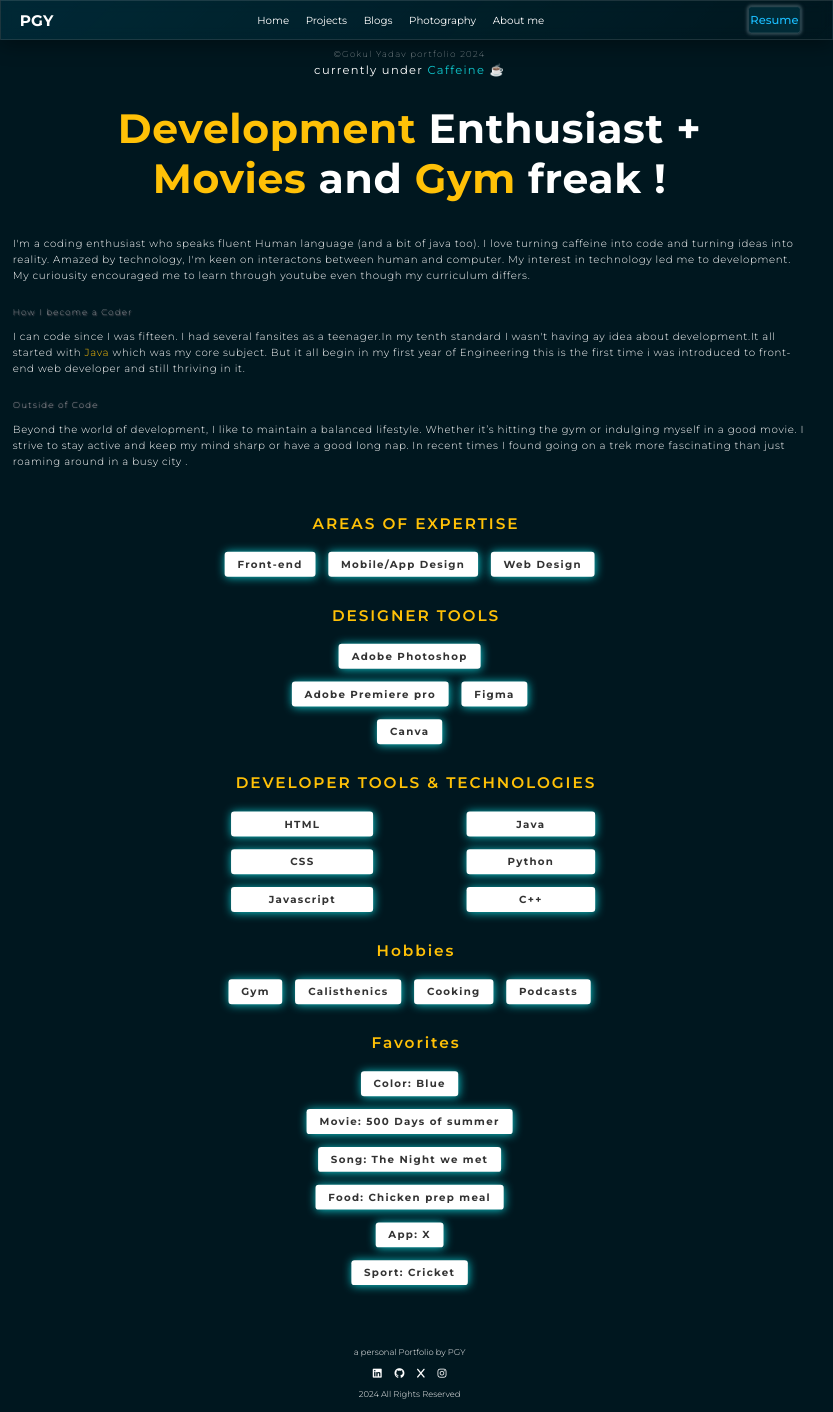
Repository: pgyunknown/pgyunknown
Page: aboutme.html
The author's editor kept a copy of each file at every save. The page is drawn from the files as they stood at one save, then again after a run of saves.
The browser window is 1280 px wide. The page is 1302 px wide, so the pictures cover 1302 px, including what lies to the right of the window. The pictures show the whole page, at 64% of full size.
Some web libraries are served in a nearby version.

Above is the page before, as saved 2024-08-25 14:52:36.

### aboutme.html
<!DOCTYPE html>
<html lang="en">
<head>
    <meta charset="UTF-8">
    <meta name="viewport" content="width=device-width, initial-scale=1.0">
    <title>Personal portfolio</title>
    <link rel="stylesheet" href="aboutme.css">
    <link rel="preconnect" href="https://fonts.googleapis.com">
<link rel="preconnect" href="https://fonts.gstatic.com" crossorigin>
<link href="https://fonts.googleapis.com/css2?family=Libre+Baskerville:ital,wght@0,400;0,700;1,400&family=Montserrat:ital,wght@0,100..900;1,100..900&family=Titillium+Web:ital,wght@0,200;0,300;0,400;0,600;0,700;0,900;1,200;1,300;1,400;1,600;1,700&display=swap" rel="stylesheet">
<link rel="stylesheet" href="https://cdnjs.cloudflare.com/ajax/libs/font-awesome/6.6.0/css/all.min.css" integrity="sha512-Kc323vGBEqzTmouAECnVceyQqyqdsSiqLQISBL29aUW4U/M7pSPA/gEUZQqv1cwx4OnYxTxve5UMg5GT6L4JJg==" crossorigin="anonymous" referrerpolicy="no-referrer" />
</head>
<body>

    <header class="h">
        <div class="pgy_con">
                <div class="pgy"><a href="#">PGY</a></div>
        </div>
        <nav>
                <div class="nav_bar">
                <a href="index.html" id="home">Home</a>
                <a href="project.html"id="projects">Projects</a>
                <a href="blog.html"id="blogs">Blogs</a>
                <a href="photography.html"id="photo">Photography</a>
                <a href="aboutme.html"id="About">About me</a>
                </div>
            </nav>
        <div class="resume_con">
                <button onclick="alert('Resume yet to be uploaded')">Resume</button>
        </div>
    </header>

    <main>
        <div class="caption">
        <div class="caption1"><p><span>&#169;</span>Gokul Yadav portfolio 2024</p></div>
        <div class="caption2"><p>currently under <span>Caffeine</span> &#9749</p></div>
    </div>

    <div class="about">
        <div class="about1"><h1><span>Development</span> Enthusiast +</h1></div>
        <div class="about2"><h1><span>Movies</span> and <span>Gym</span> freak !</h1></div>
    </div>

    <div class="aboutme">
        <p>I'm a coding enthusiast who speaks fluent Human language (and a bit of java too). I love turning caffeine into code and turning ideas into reality. Amazed by technology, I'm keen on interactons between human and computer. My interest in technology led me to development. My curiousity encouraged me to learn through youtube even though my curriculum differs.</p><br><br>
        <h5>How I become a Coder</h5><br>
        <p>I can code since I was fifteen. I had several fansites as a teenager.In my tenth standard I wasn't having ay idea about development.It all started with <span>Java</span> which was my core subject. But it all begin  in my first year of Engineering this is the first time i was introduced to front-end web developer and still thriving in it.</p><br><br>
        <h5>Outside of Code</h5><br>
        <p>Beyond the world of development, I like to maintain a balanced lifestyle. Whether it’s hitting the gym or indulging myself in a good movie. I strive to stay active and keep my mind sharp or have a good long nap. In recent times I found going on a trek more fascinating than just roaming around in a  busy city .</p>

    </div>

    <div class="container">
        <div class="heading">
            <h1>AREAS OF EXPERTISE</h1>
        </div>
        <div class="areas">
            <ul>
                <li>Front-end</li>
                <li>Mobile/App Design</li>
                <li>Web Design</li>
            </ul>
        </div><br><br>
        <div class="heading">
            <h1>DESIGNER TOOLS</h1>
        </div>
        <div class="tools">
            <div class="column">
                <ul>
                    <li>Adobe Photoshop</li>
                    <li>Adobe Premiere pro</li>
                    <li>Figma</li>
                    <li>Canva</li>
                </ul>
            </div>
            <!-- <div class="column">
                <ul>
                    <li>Adobe Illustrator</li>
                    <li>Adobe InDesign</li>
                    <li>FigJam</li>
                    <li>Zeplin</li>
                    <li>SketchUp</li>
                </ul>
            </div> -->
        </div><br><br>
        <div class="heading">
            <h1>DEVELOPER TOOLS & TECHNOLOGIES</h1>
        </div>
        <div class="technologies">
            <div class="column">
                <ul>
                    <li>HTML</li>
                    <li>CSS</li>
                    <li>Javascript</li>
                </ul>
            </div>
            <div class="column">
                <ul>
                    <li>Java</li>
                    <li>Python</li>
                    <li>C++</li>
                </ul>
            </div>
        </div><br><br>

                <div class="heading">
            <h1>Hobbies</h1>
        </div>
        <div class="areas">
            <ul>
                    <li>Gym</li>
                    <li>Calisthenics</li>
                    <li>Cooking</li>
                    <li>Podcasts</li>
            </ul>
        </div><br><br>

        <div class="heading">
            <h1>Favorites</h1>
        </div>
        <div class="fav">
            <ul>
                    <li>Color: Blue</li>
                    <li>Movie: 500 Days of summer</li>
                    <li>Song: The Night we met</li>
                    <li>Food: Chicken prep meal</li>
                    <li>App: X</li>
                    <li>Sport: Cricket</li>
            </ul>
        </div><br><br>
    </main>

    <footer>
        <div class="footer_port">a personal Portfolio by PGY</div>
        <div class="footer_icons">
            <a href="https://www.linkedin.com/in/p-gokul-yadav-82548a295?utm_source=share&utm_campaign=share_via&utm_content=profile&utm_medium=android_app" alt="Gokul's linkedin profile" target="_blank"><i class="fa-brands fa-linkedin"></i></a>
            <a href="https://github.com/pgyunknown" alt="Gokul Github profile" target="_blank" alt="Gokul's Github profile" ><i class="fa-brands fa-github"></i></a>
            <a href=" https://x.com/cody_hunk?t=EkARfGCWhhBT_BHbby4DGw&s=08 " target="_blank" alt="Gokul's X profile" ><i class="fa-brands fa-x" ></i></a>
            <a href="#" target="_blank" alt="Gokul's fa-instagram profile" ><i class="fa-brands fa-instagram" ></i></a>
        </div>
        <div class="copyrights">2024 All Rights Reserved</div>
    </footer>

### aboutme.css
*{margin: 0px;
    padding: 0px;
}
body{
    background-color: #00171F;
    color: white;
    box-sizing: border-box;


}
a{
    text-decoration: none;
    color: inherit;
}

header{
    display: flex;
    justify-content: space-between;
    align-items: center;
    padding: 10px;
    /* Glassy effect */
    background: linear-gradient(135deg, rgba(0, 200, 255, 0.1), rgba(255, 255, 255, 0));
    backdrop-filter: blur(10px);
    -webkit-backdrop-filter: blur(10px);
    border:1px solid rgba(255, 255, 255, 0.18);
    box-shadow: 0 8px 32px 0 rgba(0, 0, 0, 0.37);
    overflow: hidden;
    position: sticky; /* Set the navbar to fixed position */
    top: 0; /* Position the navbar at the top of the page */
    height: 40px;
    width: 100%;
}

.pgy_con
{
    margin-left: 20px;
    font-family: "Montserrat", sans-serif;
    font-optical-sizing: auto;
    font-size: x-large;
    font-weight: 700;
    font-style: normal;
    align-items: end;

}

.pgy_con .pgy a{
    text-decoration: none;
}
.nav_bar {
        /* height: 50px; */
    width: 500px;
    display: flex;
    justify-content: space-evenly;
    transition-property: all;
    transition-timing-function: ease-in-out;
    transition-delay: 1s;
}

.nav_bar a{
    box-sizing: border-box;
    font-family: "Montserrat", sans-serif;
    font-optical-sizing: auto;
    font-weight: 400;
    font-style: normal;
    text-decoration: none;
    justify-content: space-around;
    align-items: center;
    padding-top:10px;
    padding-bottom :10px;
    /* padding-right:10px ;
    padding-left:10px ; */
}

.nav_bar a:hover{
    color: #FFC107;
    text-shadow: #FFC107 0px 0px  1px;
    border-bottom: 0.5px solid #FFC107;


}


.resume_con {
    display: flex;
    justify-content: center;
    margin-right: 20px;
    background-color: #00171F;
    margin-right: 40px;
}
.resume_con button{
    background-color:rgba(0, 200, 255, 0.1);
    box-sizing: content-box;
    height: 2.5rem;
    width: 5rem;
    font-family: "Montserrat", sans-serif;
    font-optical-sizing: auto;
    font-size: large;
    font-weight: 500;
    font-style: normal;
    color: #1ABEFF;
    border: 0.0001px solid #3c555f;
    border-radius: 0.3rem;
    box-shadow: 0px 0px 5px 2px #3c555f;

}

main{
    height: 100%;
    width: 100%;
    position: relative;
}
main .caption{
    line-height: 25px;
    letter-spacing: 2px;
    display: flex;
    flex-direction:column;
    justify-content: top;
    align-items: center;
    margin: 10px;
    padding-bottom: 30px;
    /* color: #1ABEFF;
    border: 0.0001px solid #3c555f;
    border-radius: 0.3rem;
    box-shadow: 0px 0px 5px 2px #3c555f; */

}

main .caption .caption1{
    font-family: "Montserrat", sans-serif;
    font-optical-sizing: auto;
    font-size: smaller;
    font-weight: 100;
    font-style: normal;
}

main .caption .caption2{
    font-family: "Montserrat", sans-serif;
    font-optical-sizing: auto;
    font-size: large;
    font-weight: 400;
    font-style: normal;
}

main .caption .caption2 span{
    color: #0ecad0;
}

main .about{
    display: flex;
    flex-direction:column;
    justify-content: top;
    align-items: center;
    margin: 10px;
    padding-bottom: 30px;
    letter-spacing: 1px;

    font-family: "Montserrat", sans-serif;
    font-optical-sizing: auto;
    font-size: xx-large;
    font-weight: 400;
    font-style: normal;
}

main .aboutme{
    margin: 20px;
}
main .about span{
    color: #FFC107;
}

main .aboutme h5{
    font-family: "Montserrat", sans-serif;
    font-optical-sizing: auto;
    font-size: light;
    font-weight: 100;
    font-style: normal;
    letter-spacing: 2px;
    text-shadow: 1px 1px 2px pink;
}
main .aboutme p{
    letter-spacing: 1px;
    line-height: 25px;

    font-family: "Montserrat", sans-serif;
    font-optical-sizing: auto;
    font-size: normal;
    font-weight: 300;
    font-style: normal;
}

main .aboutme span{
    color: #FFC107;
}

.container {
    width: 80%;
    margin: 0 auto;
    padding: 50px 0;
    text-align: center;
}
.heading {
    margin-bottom: 20px;
}
.heading h1 {
    letter-spacing: 3px;
    color: #FFC107;
    font-size: 24px;
    margin-left: 20px;
    font-family: "Montserrat", sans-serif;
    font-optical-sizing: auto;
    font-size: x-large;
    font-weight: 600;
    font-style: normal;
    align-items: end;

}
.areas ul,
.tools ul,
.technologies ul {
    list-style: none;
    padding: 0;
    margin: 0;
    display: flex;
    flex-direction: row;
    flex-wrap: wrap;
    justify-content: center;
    letter-spacing: 2px;

        /* font-size: 24px;
    margin-left: 20px; */
    font-family: "Montserrat", sans-serif;
    font-optical-sizing: auto;
    font-size: normal;
    font-weight: 700;
    font-style: bold;
}
.areas li,
.tools li,
.technologies li {
    background-color: #fff;
    padding: 10px 20px;
    margin: 10px;
    border-radius: 5px;
    color: #333;
    box-shadow: 1px 1px 15px #0ecad0;
}
.tools,
.technologies {
    display: flex;
    justify-content: center;
    align-items: center;
}
.tools .column,
.technologies .column li{
    width: 48%;
    display: flex;
    flex-direction: column;
}
.designed {
    margin-top: 50px;
    font-size: 14px;
    color: #666;
}
/* .container .fav{
    width: 100%;
} */
.fav ul{
        list-style: none;
    padding: 0;
    margin: 0;
    display: flex;
    flex-direction: column;
    flex-wrap: wrap;
    justify-content: center;
    align-items: center;
    letter-spacing: 2px;
/* width: 500px; */
    font-family: "Montserrat", sans-serif;
    font-optical-sizing: auto;
    font-size: normal;
    font-weight: 700;
    font-style: bold;
}
.fav li{
    background-color: #fff;
    padding: 10px 20px;
    margin: 10px;
    border-radius: 5px;
    color: #333;
    box-shadow: 1px 1px 15px #0ecad0;
}



footer{
    display: flex;
    flex-direction:column;
    justify-content: space-evenly;
    align-items: center;
    margin-bottom: 20px;

    font-family: "Montserrat", sans-serif;
    font-optical-sizing: auto;
    font-size: small;
    font-weight: 300;
    font-style: normal;
}

.footer_icons{
    display: flex;
    justify-content: center;
    align-items: center;
    width: 50px;
    height: 50px;
}



.copyrights{
    display: flex;
    justify-content: center;
    align-items: center;
}

.footer_icons a{
font-size: medium;
padding: 10px;
width: 50px;
height: 50px;
display: flex;
justify-content: center;
align-items: center;

}

After the next 2 saves:
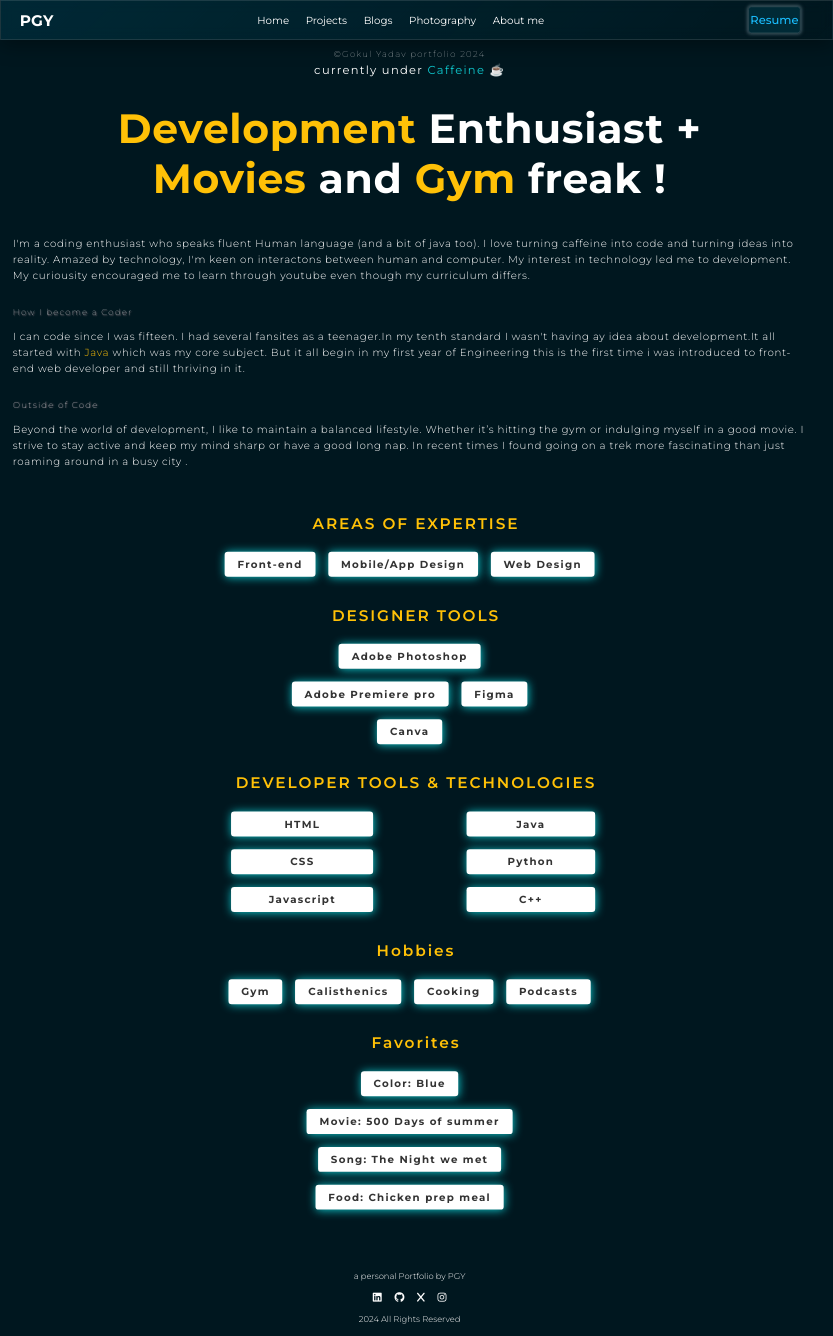
The 2 saves are shown as one change because they came seconds apart.
The last was saved 59 s later.
--- a/aboutme.html
+++ b/aboutme.html
@@ -124,8 +124,8 @@
                     <li>Movie: 500 Days of summer</li>
                     <li>Song: The Night we met</li>
                     <li>Food: Chicken prep meal</li>
-                    <li>App: X</li>
-                    <li>Sport: Cricket</li>
+
+
             </ul>
         </div><br><br>
     </main>
